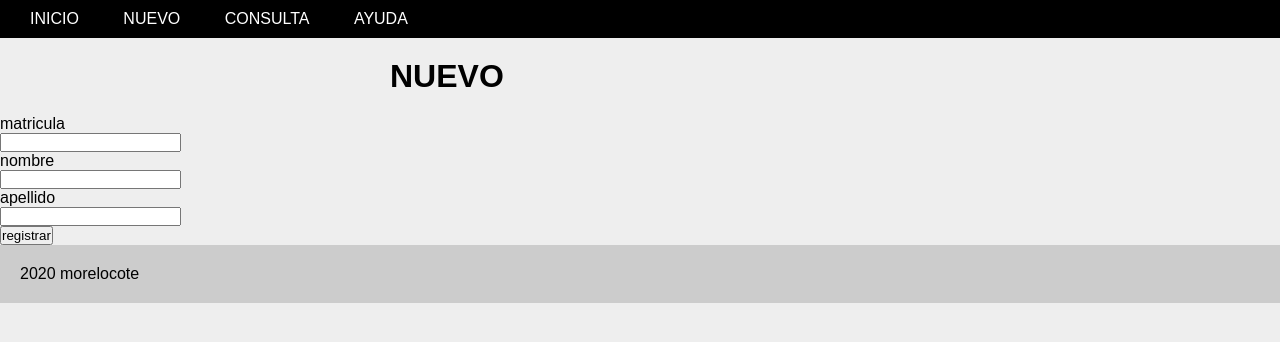
Repository: edgarhdzp/crud-php-poo-mvc-ajax
Page: http://localhost/poomvc/nuevo
An editor plug-in stored every save of this project. The page is shown before and after the next save, followed by the edit.
The browser window is 1280 px wide. The pictures show the whole page.
The page is run by PHP 8.4 with error messages shown; the project is at /var/www/html/.

Above is the page before, as saved 2020-06-23 13:03:53.

### index.php
<?php

require_once 'libs/controller.php';
require_once 'libs/model.php';
require_once 'libs/view.php';
require_once 'libs/app.php';
require_once 'libs/database.php';
require_once 'config/config.php';

$new = new App();

?>

### libs/controller.php
<?php
//clase padre
class Controller{
    function __construct(){
        //indicamos que se cree una nueva vista para un controlador
        $this->view = new View();

    }

    function loalModel($model){
        $url = 'models/'.$model.'model.php';

        if(file_exists($url)){
            require $url;

            $modelName =$model.'Model';
            $this->model = new $modelName();
        }
    }
}

?>

### libs/model.php
<?php

class Model{
    function __construct(){
        $this->db = new Database;

    }
}

?>

### libs/view.php
<?php
//vista madre
class View{
    function __construct(){
    }
    //esta funcion hace el redireccionamiento
    function render($nombre){
        //indicamos la ubicacion y nombre del archivo
        require 'views/' . $nombre . '.php';
    }
}

?>

### libs/app.php
<?php

//archivo de error
require_once 'controllers/error.php';

class App{
    function __construct(){
        //la varible urlsera igual a la url que declaramos en htaccess y en acces es todo el valor que ingrese
        $url = $_GET['url'];
        //aqui con xtrim retiramos los / que no necesitamos en la url
        $url = rtrim($url, '/');
        //buscamos nuestro separador / esto nos devuelve un arreglo
        $url = explode('/', $url);
        //validamos si despues denuestro primer / no hay nada entonces que nos redireccione a main
        if(empty($url[0])){
            $archivoController = 'controllers/main.php';
            require_once $archivoController;
            $controller = new Main();
            return false;
        }
        //declaramos nuestra variable que sera igual a la ubicacion de controlador y url es igual a la clase
        $archivoController = 'controllers/' . $url[0] . '.php';
        //verificmos que el archivo exista
        if(file_exists($archivoController)){
            require_once $archivoController;
            //mandamos llamar nuestra clase que de acuerdo al arreglo sera la posicion 0
            $controller = new $url[0];
            //ahora validamos si nuestra clase viene con algun metodo
            if(isset($url[1])){
                //aqui mandamos llamar dicho metodo el texto que se ingrese manda a llamar dicho metodo
                $controller->{$url[1]}();
            }
            }else{
                $controller = new Fail();
                //si no existe se ejecutara el controlador error
            }
        }
    }

?>

### controllers/error.php
<?php

class Fail extends Controller{
    function __construct(){
        parent::__construct();
        $this->view->mensaje ="valio verga no estas viendo";
        $this->view->render('error/index');
    }
}

?>

### libs/database.php
<?php

class Database{
    private $host;
    private $db;
    private $user;
    private $password;
    private $charset;

    public function __construct(){
        $this->host = constant('HOST');
        $this->db = constant('DB');
        $this->user = constant('USER');
        $this->password = constant('PASSWORD');
        $this->charset = constant('CHARSET');

    }
    function connect(){
        try{
            $conexion = "mysql:host=" . $this->host . ";dbname=" . $this->db . ";charset=" . $this->charset ;
            $options = [
                PDO::ATTR_ERRMODE  => PDO::ERRMODE_EXCEPTION,
                PDO::ATTR_EMULATE_PREPARES => false,
            ];
            $pdo = new PDO ($conexion, $this->user, $this->password, $options);
            return $pdo;
        }catch(PDOException $e){
            print_r('error no se conecto loco: ' . $e->getMessage());
        }
    }
}

?>

### config/config.php
<?php

define('URL', 'http://localhost:8888/poomvc/');

define('HOST','localhost');
define('DB','');
define('USER','root');
define('PASSWORD','root');
define('CHARSET','utf8mb4');


?>

### controllers/nuevo.php
<?php

class Nuevo extends Controller{
    function __construct(){
        parent::__construct();
        $this->view->render('nuevo/index');
    }
}

?>

### views/nuevo/index.php
<!DOCTYPE html>
<html lang="en">
<head>
    <meta charset="UTF-8">
    <meta name="viewport" content="width=device-width, initial-scale=1.0">
    <title>Document</title>
</head>
<body>

<?php require 'views/header.php'; ?>

<div id="main">
<h1>NUEVO</h1>
</div>

<form action="<?php echo constant('URL') ?>" method="POST">
    <p>
        <label for="matricula">matricula</label><br>
        <input type="text" name="matricula" id="">
    </p>
    <p>
        <label for="nombre">nombre</label><br>
        <input type="text" name="nombre" id="">
    </p>
    <p>
        <label for="apellido">apellido</label><br>
        <input type="text" name="apellido" id="">
    </p>
    <p>
        <input type="submit" value="registrar">
    </p>
</form>

<?php require 'views/footer.php'; ?>

</body>
</html>

### views/header.php
<!DOCTYPE html>
<html lang="en">
<head>
    <meta charset="UTF-8">
    <meta name="viewport" content="width=device-width, initial-scale=1.0">
    <link rel="stylesheet" href="<?php echo constant('URL');?>public/css/style.css">
    <title></title>
</head>
<body>
    <div id="header">
    <ul>
    <li><a href="<?php echo constant('URL');?>main">INICIO</a></li>
    <li><a href="<?php echo constant('URL');?>nuevo">NUEVO</a></li>
    <li><a href="<?php echo constant('URL');?>consulta">CONSULTA</a></li>
    <li><a href="<?php echo constant('URL');?>ayuda">AYUDA</a></li>
    </ul>
    </div>
</body>
</html>

### views/footer.php
<div id="footer">
2020 morelocote
</div>

### public/css/style.css
* {
    margin: 0;
    padding: 0;
}

body {
    font-family: Arial, Helvetica, sans-serif;
    background-color: #eee;
}

#header {
    background-color: black;
    padding: 10px;
}

#header ul li {
    list-style: none;
    display: inline;
    padding: 10px;
}

#header ul li a {
    color: white;
    text-decoration: none;
    padding: 10px;
}

#footer {
    background-color: #ccc;
    padding: 20px;
}

#main {
    padding: 20px 0;
    width: 500px;
    margin: 0 auto;
}

After the next save:
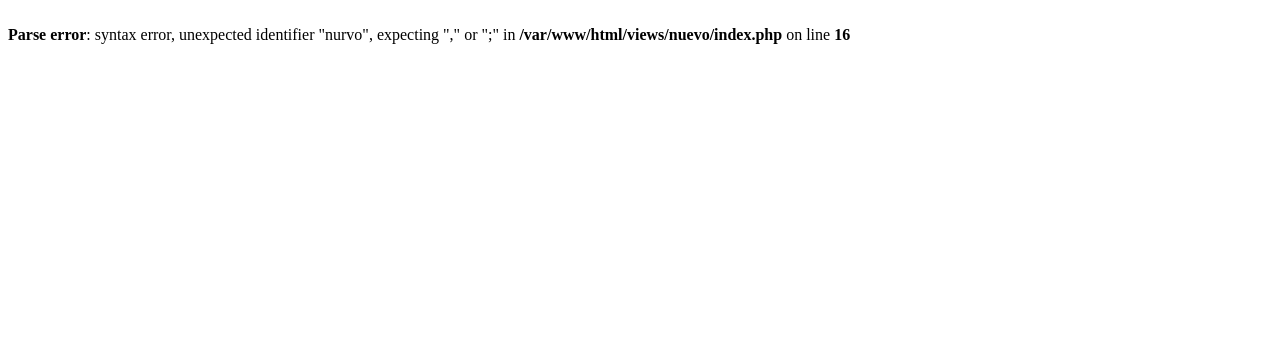
Saved 9 s later.
--- a/views/nuevo/index.php
+++ b/views/nuevo/index.php
@@ -13,7 +13,7 @@
 <h1>NUEVO</h1>
 </div>
 
-<form action="<?php echo constant('URL') ?>" method="POST">
+<form action="<?php echo constant('URL')nurvo ?>" method="POST">
     <p>
         <label for="matricula">matricula</label><br>
         <input type="text" name="matricula" id="">

After the save that followed:
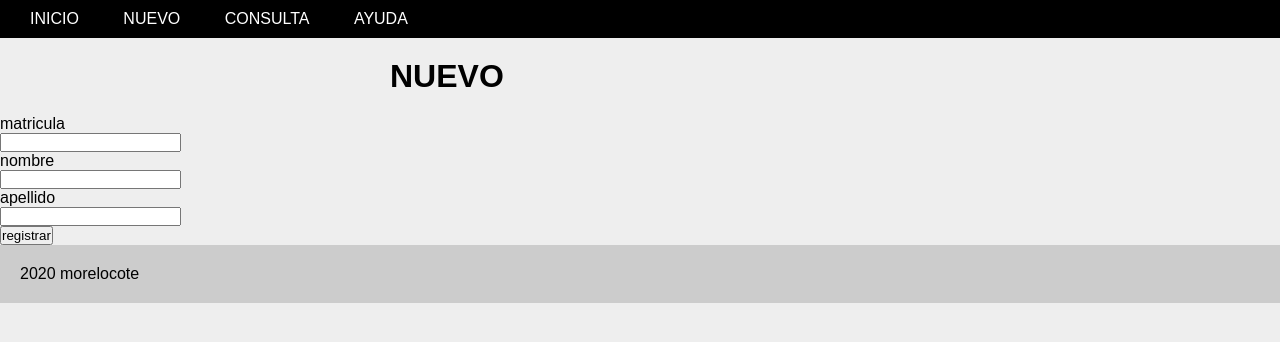
Saved 9 s later.
--- a/views/nuevo/index.php
+++ b/views/nuevo/index.php
@@ -13,7 +13,7 @@
 <h1>NUEVO</h1>
 </div>
 
-<form action="<?php echo constant('URL')nurvo ?>" method="POST">
+<form action="<?php echo constant('URL') ?>" method="POST">
     <p>
         <label for="matricula">matricula</label><br>
         <input type="text" name="matricula" id="">
